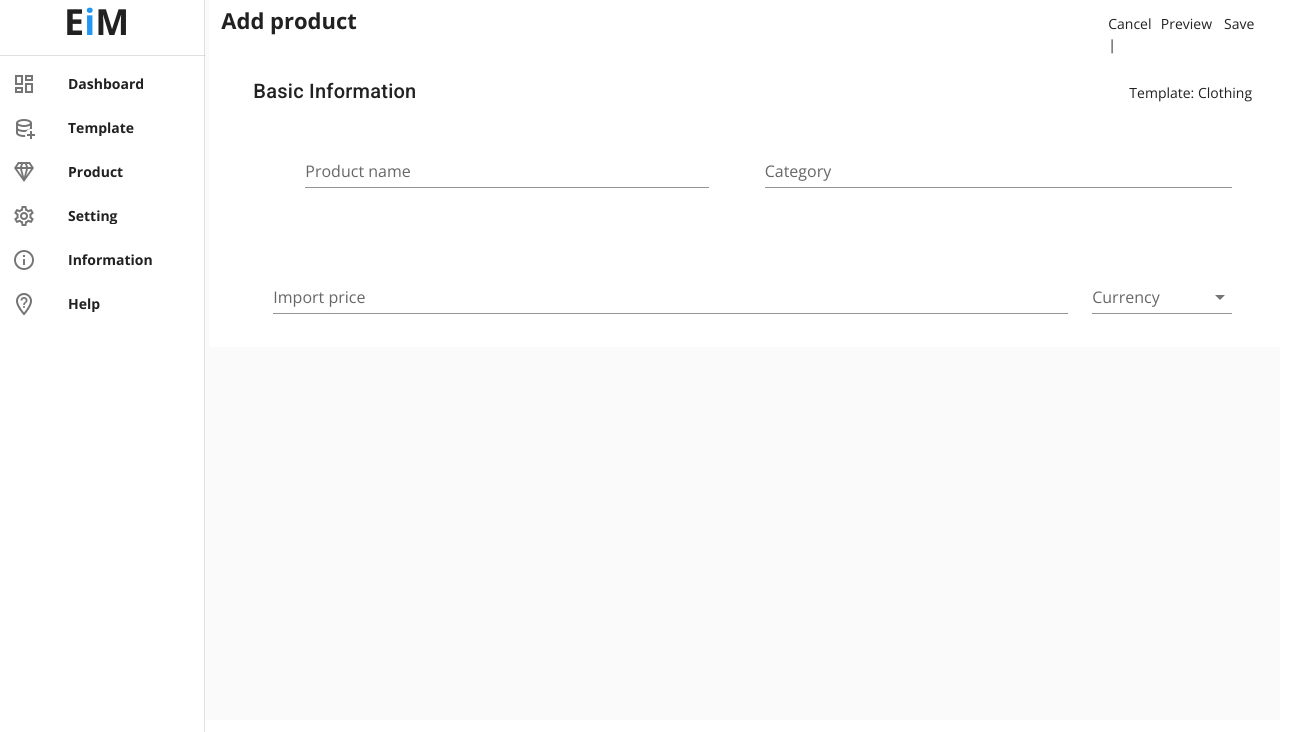
Repository: nguyenphuong152/pim-template
Page: /addproduct
These files come from the project's save history. The page is drawn as it stood at one moment and after the next save; the edit follows.
The browser window is 1280 px wide. The page is 1308 px wide, so the pictures cover 1308 px, including what lies to the right of the window. The pictures show the whole page.
The project was rebuilt for these pictures with package versions that can differ from the ones it lists, and the page was loaded fresh each time. Also part of the build but not shown: vue.config.js, src/views/Home.vue, src/components/Outcome_1/SearchTemplate.vue, src/components/Outcome_1/YourTemplate.vue, src/components/Outcome_1/ListComponent.vue, src/components/Outcome_1/AddInfo.vue, src/components/Outcome_1/AddDetail.vue, src/components/Outcome_1/CreateRegion.vue and 5 more.

Above is the page before, as saved 2020-12-21 11:17:23.

### public/index.html
<!DOCTYPE html>
<html lang="en">
  <head>
    <meta charset="utf-8" />
    <meta http-equiv="X-UA-Compatible" content="IE=edge" />
    <meta name="viewport" content="width=device-width,initial-scale=1.0" />
    <link rel="icon" href="<%= BASE_URL %>favicon.ico" />
    <link rel="preconnect" href="https://fonts.gstatic.com" />
    <link rel="preconnect" href="https://fonts.gstatic.com" />
    <link rel="preconnect" href="https://fonts.gstatic.com" />
    <link
      href="https://fonts.googleapis.com/css2?family=Open+Sans:wght@300;400;600;700;800&display=swap"
      rel="stylesheet"
    />
    <link
      href="https://fonts.googleapis.com/css?family=Montserrat:300,400,500,600,700"
      rel="stylesheet"
    />
    <title><%= htmlWebpackPlugin.options.title %></title>
    <link
      rel="stylesheet"
      href="https://fonts.googleapis.com/css?family=Roboto:100,300,400,500,700,900"
    />
    <link
      rel="stylesheet"
      href="https://cdn.jsdelivr.net/npm/@mdi/font@latest/css/materialdesignicons.min.css"
    />
  </head>
  <body>
    <noscript>
      <strong
        >We're sorry but <%= htmlWebpackPlugin.options.title %> doesn't work
        properly without JavaScript enabled. Please enable it to
        continue.</strong
      >
    </noscript>
    <div id="app"></div>
    <!-- built files will be auto injected -->
  </body>
</html>

### src/main.js
import Vue from 'vue'
import App from './App.vue'
import router from './router'
import '../sass/style.scss'
import vuetify from './plugins/vuetify';

Vue.config.productionTip = false

new Vue({
  router,
  vuetify,
  render: h => h(App)
}).$mount('#app')

### src/App.vue
<template>
  <v-app v-bind:style="{ background: activeColor }">
    <v-row>
      <v-col cols="2" class="pa-0">
        <v-navigation-drawer permanent width="220">
          <v-list-item>
            <v-list-item-content>
              <v-list-item-title class="logo">
                E<span class="blue--text">i</span>M
              </v-list-item-title>
            </v-list-item-content>
          </v-list-item>

          <v-divider></v-divider>

          <v-list dense nav class="text-start pl-4">
            <v-list-item
              v-for="item in items"
              :key="item.title"
              :to="item.path"
              color="blue"
            >
              <v-list-item-icon>
                <v-icon>{{ item.icon }}</v-icon>
              </v-list-item-icon>
              <v-list-item-content>
                <v-list-item-title class="template-title font-weight-bold ">{{
                  item.title
                }}</v-list-item-title>
              </v-list-item-content>
            </v-list-item>
          </v-list>
        </v-navigation-drawer>
      </v-col>
      <v-col class="pa-0">
        <router-view />
      </v-col>
    </v-row>
  </v-app>
</template>

<script>
export default {
  name: "App",
  components: {},
  watch: {
    $route(to) {
      document.title = `${to.meta.title}`;
    },
  },
  data() {
    return {
      clicked: false,
      activeColor: "#FAFAFA",
      items: [
        { title: "Dashboard", icon: "mdi-view-dashboard-outline", path: "" },
        {
          title: "Template",
          icon: "mdi-database-plus-outline",
          path: "/template",
        },
        { title: "Product", icon: "mdi-diamond-stone", path: "/product" },
        { title: "Setting", icon: "mdi-cog-outline", path: "" },
        { title: "Information", icon: "mdi-information-outline", path: "" },
        { title: "Help", icon: "mdi-map-marker-question-outline", path: "" },
      ],
      right: null,
    };
  },
};
</script>

### src/router/index.js
import Vue from "vue";
import VueRouter from "vue-router";
import Home from "../views/Home.vue";
import Template from "../views/Outcome_1/CreateProductTemplate.vue";
import Product from "../views/Outcome_2/Outcome_2_screen.vue";
import AddProduct from "../views/Outcome_2/AddProduct.vue";

Vue.use(VueRouter);

const routes = [
  {
    path: "/",
    name: "Home",
    component: Home,
  },
  {
    path: "/template",
    name: "Template",
    component: Template,
    meta: {
      title: "Add Template",
    },
  },
  {
    path: "/product",
    name: "Product",
    component: Product,
    meta: {
      title: "Product",
    },
  },
  {
    path: "/addproduct",
    name: "AddProduct",
    component: AddProduct,
    meta: {
      title: "Add Product",
    },
  },
  {
    path: "/about",
    name: "About",
    // route level code-splitting
    // this generates a separate chunk (about.[hash].js) for this route
    // which is lazy-loaded when the route is visited.
    component: () =>
      import(/* webpackChunkName: "about" */ "../views/About.vue"),
  },
];

const router = new VueRouter({
  mode: "history",
  base: process.env.BASE_URL,
  routes,
});

export default router;

### sass/style.scss
$font-primary: 'Open Sans',
sans-serif;

@import "~vuetify/src/styles/styles.sass";

$fontsize-content: 14px;
$fontsize-title: 24px;
$fontsize-logo:36px;
$fontsize-header:22px;
$fontsize-nav:20px;


#app {
  font-family: $font-primary;
   font-size:$fontsize-content;
  -webkit-font-smoothing: antialiased;
  -moz-osx-font-smoothing: grayscale;
  text-align: center;
  color: #2c3e50;
}

#nav {
  padding: 30px;
}

#nav a {
  font-weight: bold;
  color: #2c3e50;
}

#nav a.router-link-exact-active {
  color: #42b983;
}

.title {
  font: $font-primary !important;
  font-size: $fontsize-nav !important;
}

.logo {
  @extend .title;
  font-weight: 700 !important;
  font-size: $fontsize-logo !important;
}

.text-header {
  font: $font-primary !important;
  font-size: $fontsize-header !important;
  font-weight: 700;
}


.template-title {
  @extend .title;
  font-size: $fontsize-content !important;
}

### src/views/Outcome_2/AddProduct.vue
<template>
  <v-container class="pa-0">
    <v-card class="ma-1" flat>
      <v-container class="text-start">
        <v-row class="align-baseline">
          <v-col cols="10">
            <span class="text-header">Add product</span>
          </v-col>
          <v-col>
            <v-row>
              <v-col class="px-0">
                <span>Cancel |</span>
              </v-col>
              <v-col class="px-0 text-end">
                <span>Preview</span>
              </v-col>
              <v-col>
                <span>Save</span>
              </v-col>
            </v-row>
          </v-col>
        </v-row>
      </v-container>
    </v-card>
    <BasicInfo />
  </v-container>
</template>

<script>
import BasicInfo from "../../components/Outcome_2/BasicInfo";
export default {
  components: {
    BasicInfo,
  },
};
</script>

### src/components/Outcome_2/BasicInfo.vue
<template>
  <v-container class="text-start ma-1 pa-0">
    <v-card flat>
      <v-row class="d-flex align-baseline px-14 pt-4">
        <span class="title pr-1">Basic Information</span>
        <v-spacer></v-spacer>
        <span>Template: Clothing</span>
      </v-row>
      <v-container class="px-16 py-0">
        <v-row class="d-flex align-baseline pa-0">
          <v-col>
            <v-container class="pa-8">
              <v-text-field
                color="blue darken-2"
                label="Product name"
                hint="Miniskirt-02"
                required
              ></v-text-field>
            </v-container>
          </v-col>
          <v-col>
            <v-text-field
              color="blue darken-2"
              label="Category"
              hint="Ex: Miniskirt"
              required
            ></v-text-field>
          </v-col>
        </v-row>
        <v-row class="d-flex align-baseline">
          <v-col cols="10">
            <v-text-field
              color="blue darken-2"
              label="Import price"
              hint="180,000"
              required
            ></v-text-field>
          </v-col>
          <v-col>
            <v-select :items="items" label="Currency"></v-select>
          </v-col>
        </v-row>
      </v-container>
    </v-card>
  </v-container>
</template>

<script>
export default {
  data: () => ({
    items: ["VND", "USD", "EUR"],
  }),
};
</script>

<style></style>

Loaded but not shown: src/plugins/vuetify.js (common file)

After the next save:
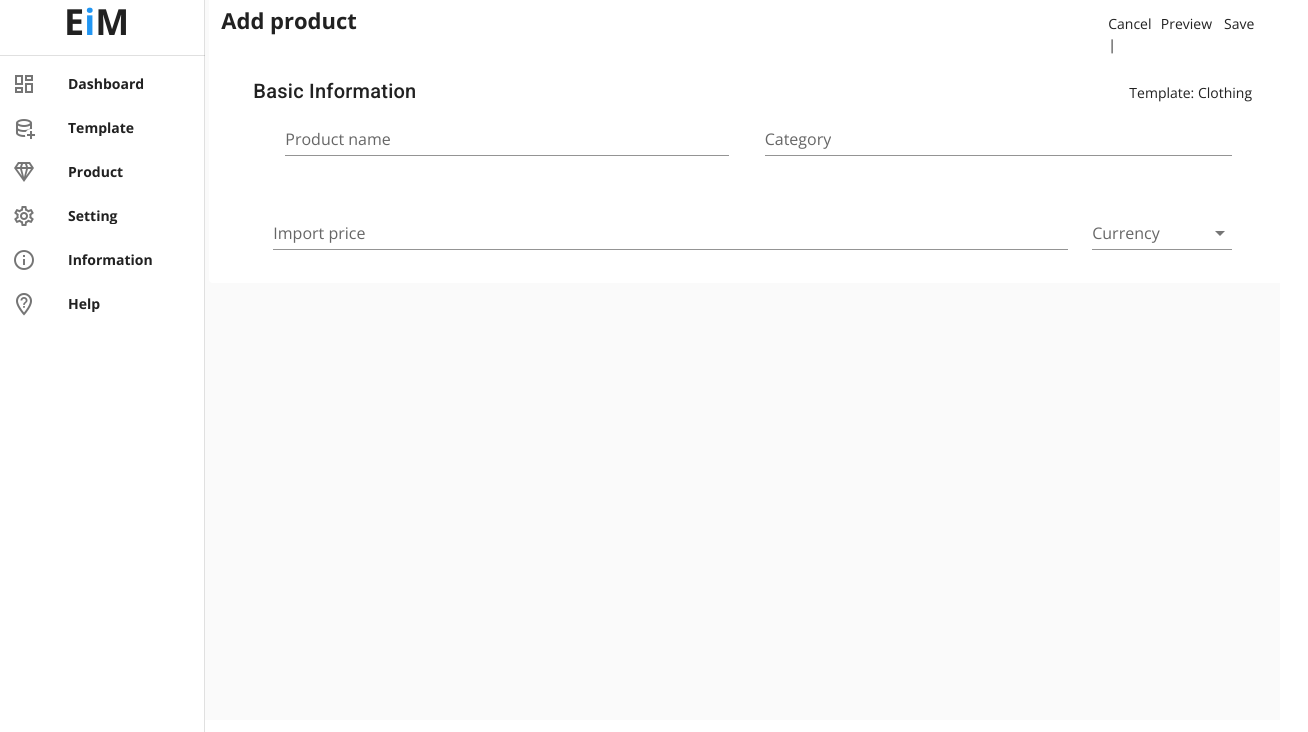
Saved 59 s later.
--- a/src/components/Outcome_2/BasicInfo.vue
+++ b/src/components/Outcome_2/BasicInfo.vue
@@ -9,7 +9,7 @@
       <v-container class="px-16 py-0">
         <v-row class="d-flex align-baseline pa-0">
           <v-col>
-            <v-container class="pa-8">
+            <v-container class="py-0">
               <v-text-field
                 color="blue darken-2"
                 label="Product name"
